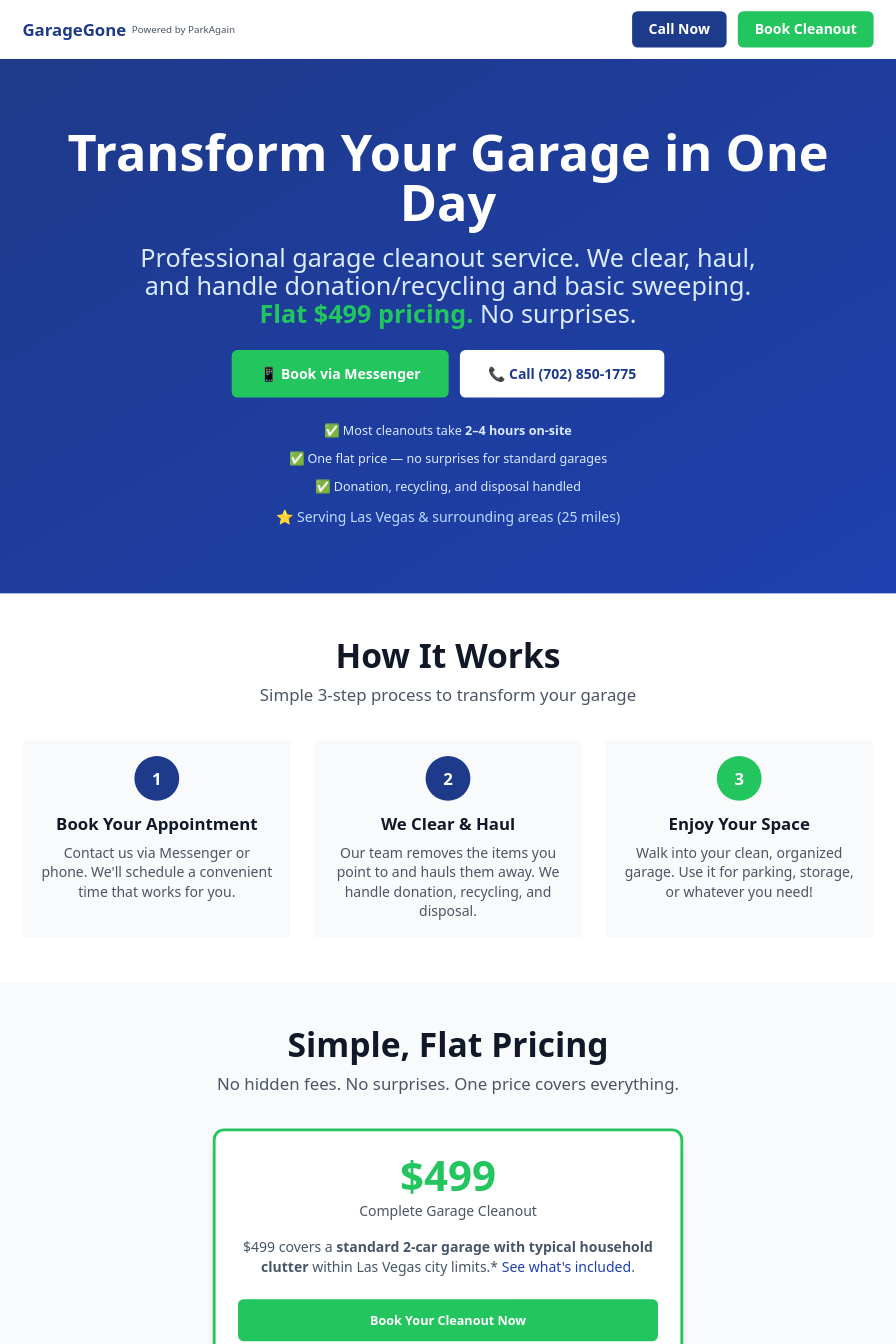
Repository: nikwhite1169/garagegone
Page: index.html
The author's editor kept a copy of each file at every save. The page is drawn from the files as they stood at one save, then again after the next save.
The browser window is 1280 px wide. The pictures show the part of the page from y = 0 to 1920 px (the page is 5869 px tall before and 5785 px after), at 70% of full size.
Some web libraries are served in a nearby version.

Above is the page before, as saved 2025-09-16 01:03:03.

After the next save:
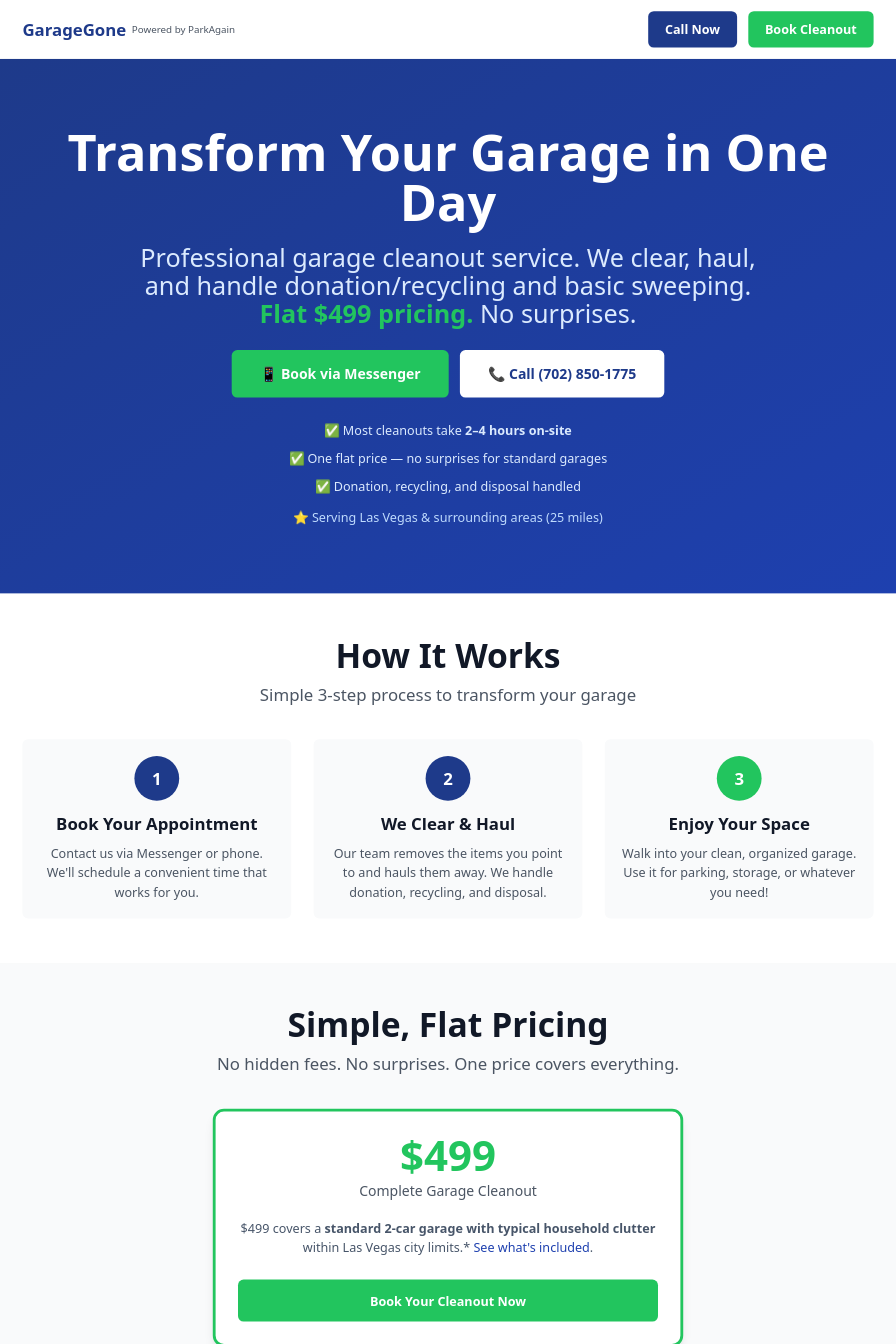
Saved 11 s later.
--- a/index.html
+++ b/index.html
@@ -137,7 +137,7 @@
         }
     </style>
 </head>
-<body class="bg-gray-50 text-gray-900 text-lg md:text-xl">
+<body class="bg-gray-50 text-gray-900 text-lg">
     <!-- Header -->
     <header class="bg-white shadow-sm sticky top-0 z-40">
         <div class="max-w-7xl mx-auto px-4 sm:px-6 lg:px-8">
